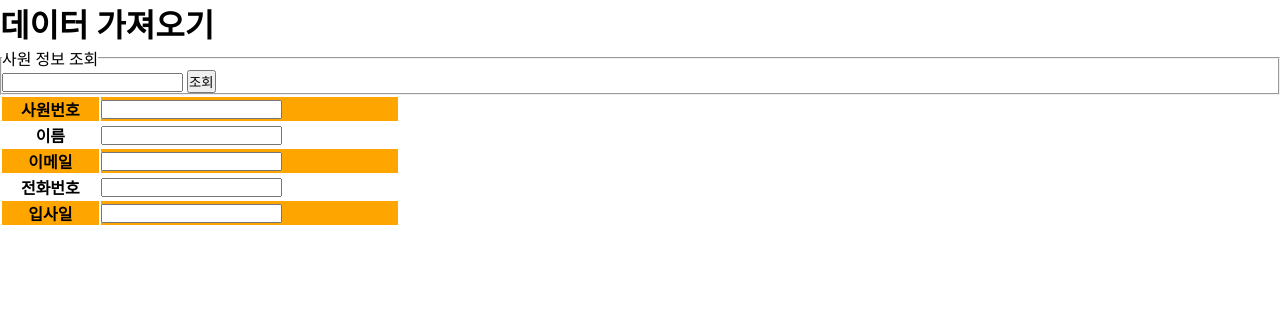
Repository: lafayetteey/WorkSpace_JQ_Ajax
Page: workspace_jq_Ajax/UI_JQ_Ajax/WebContent/jq21_ajax.html
An editor plug-in stored every save of this project. The page is shown before and after the next save, followed by the edit.
The browser window is 1280 px wide. The pictures show the whole page.

Above is the page before, as saved 2020-06-22 09:50:56.

After the next save:
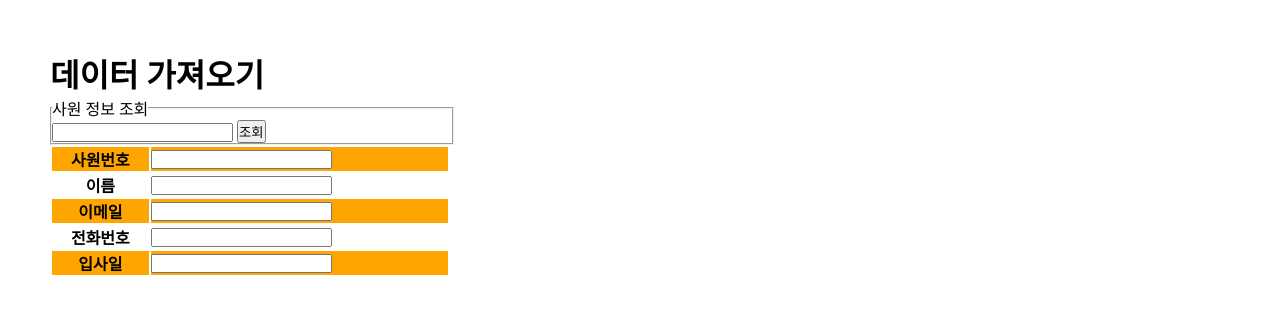
Saved 35 s later.
--- a/workspace_jq_Ajax/UI_JQ_Ajax/WebContent/jq21_ajax.html
+++ b/workspace_jq_Ajax/UI_JQ_Ajax/WebContent/jq21_ajax.html
@@ -7,6 +7,8 @@
 	*{margin:0px; padding: 0px;}
 	table{width: 400px;}
 	table tr:nth-child(odd){background-color: orange;}
+	fieldset{width:400px;}
+	body{width:1000px; margin:50px}
 </style>
 </head>
 <body>
